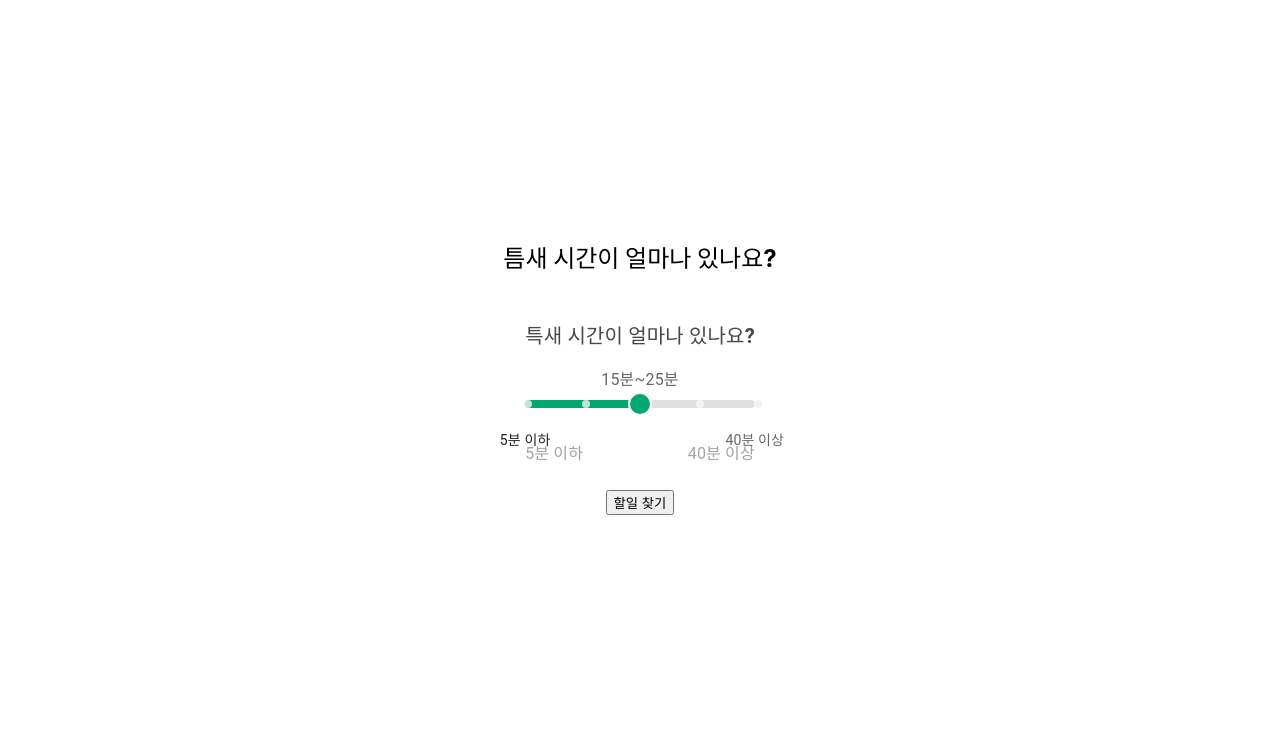
Repository: Tickley-Team/Tickley
Page: /survey
The author's editor kept a copy of each file at every save. The page is drawn from the files as they stood at one save, then again after the next save.
The browser window is 1280 px wide. The pictures show the whole page.
The project was rebuilt for these pictures with package versions that can differ from the ones it lists, and the page was loaded fresh each time. Also part of the build but not shown: vite.config.ts, src/pages/Todos.tsx, src/stores/recommendTodoFilterStore.ts, src/hooks/useCategoryNames.tsx, src/hooks/useFilteredTodos.tsx, src/hooks/useLocalStorage.ts, src/utils.ts, src/pages/TodosFind.tsx and 9 more.

Above is the page before, as saved 2024-12-08 17:50:23.

After the next save:
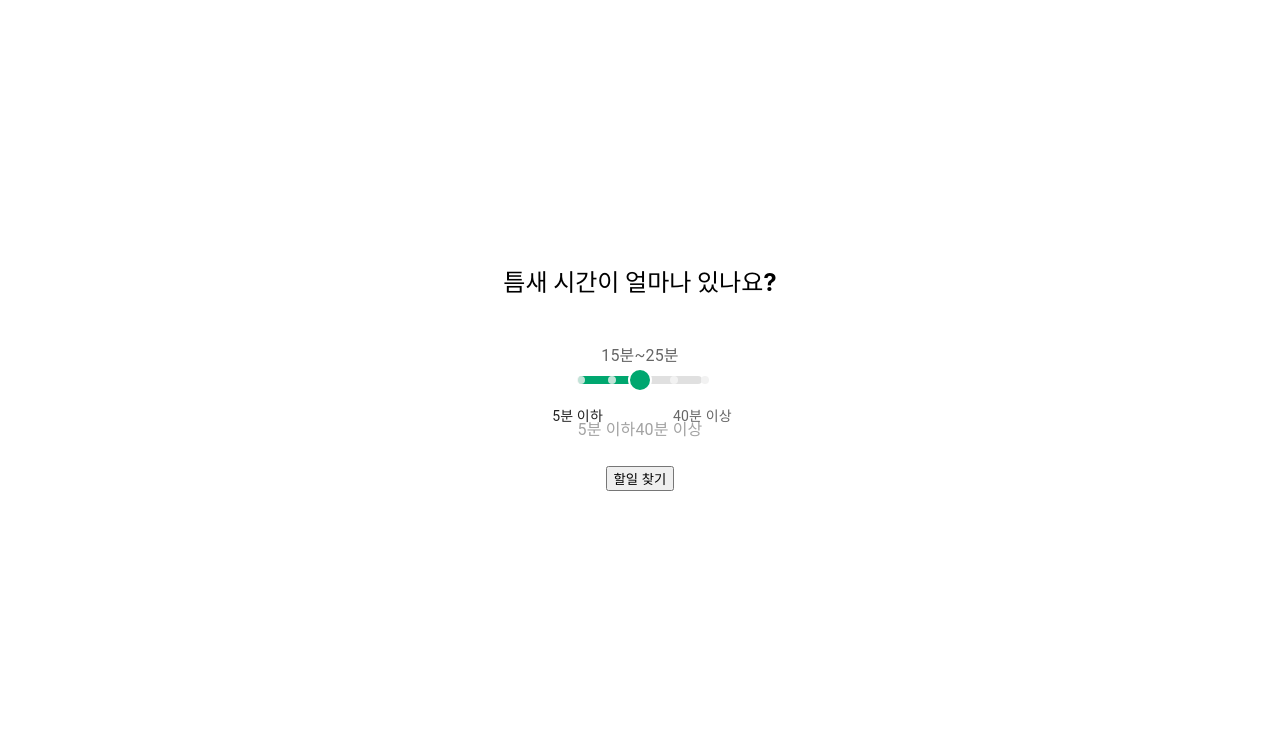
Saved 37 s later.
--- a/src/components/RangeSlider.tsx
+++ b/src/components/RangeSlider.tsx
@@ -11,13 +11,6 @@ export const RangeSlider = (props: Props) => {
   ]
   return (
     <Box sx={{ maxWidth: 600, p: 3 }}>
-      <Typography
-        variant="h6"
-        sx={{ fontWeight: 'bold', mb: 2, color: '#474747' }}
-      >
-        특새 시간이 얼마나 있나요?
-      </Typography>
-
       <Typography sx={{ mb: 1, color: '#666666' }}>15분~25분</Typography>
 
       <CustomSlider value={50} marks={marks} disabled />
